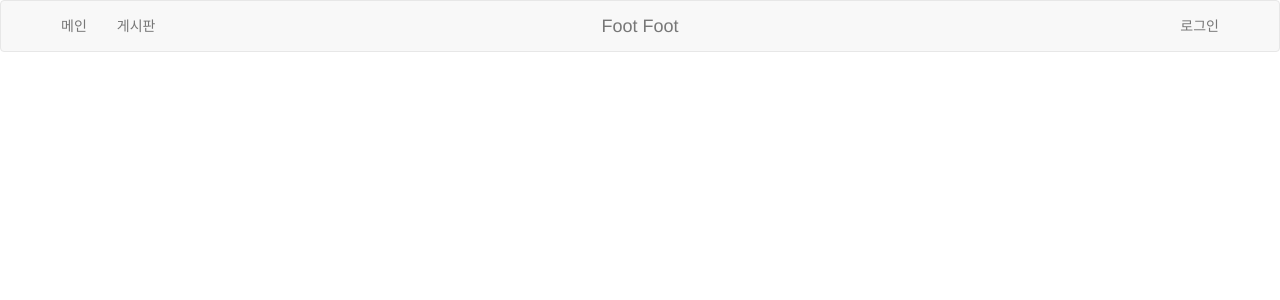
Repository: YuJunHa1/footfoot
Page: http://localhost/footfoot/main.jsp
The author's editor kept a copy of each file at every save. The page is drawn from the files as they stood at one save, then again after the next save.
The browser window is 1280 px wide. The pictures show the whole page.
Some web libraries are served in a nearby version. The page is served by Tomcat 9. Other server files are loaded and not shown.

Above is the page before, as saved 2024-10-05 07:28:07.

### footfoot/src/main/webapp/main.jsp
<%@ page language="java" contentType="text/html; charset=UTF-8"
    pageEncoding="UTF-8"%>
<!DOCTYPE html>
<html>
<head>
<meta charset="UTF-8">
<meta name="viewport" content="text/html; initial-scale=1">
<link rel="stylesheet" href="css/bootstrap.css">
<title>footfoot</title>
<style>
  .navbar-brand {
    position: absolute;
    left: 50%;
    transform: translateX(-50%);
  }
  .navbar-nav {
    margin-left: auto;
    margin-right: auto;
    margin-left: 30px;
    margin-right: 30px;
  }
</style>
</head>
<body>
	<nav class="navbar navbar-default">
		<div class="navbar-header">
			<button type="button" class="navbar-toggle collapsed"
				data-toggle="collapse" data-target="#bs-example-navbar-collapse-1"
				aria-expanded="false">
					<span class="icon-bar"></span>
					<span class="icon-bar"></span>
					<span class="icon-bar"></span>
				</button>
				<a class="navbar-brand" href="main.jsp">Foot Foot</a>
		</div>
		<div class="collapse navbar-collapse" id="bs-example-navbar-collapse-1">
			<ul class="nav navbar-nav">
				<li><a href="main.jsp">메인</a></li>
				<li><a href="bbs.jsp">게시판</a></li>
			</ul>
			<ul class="nav navbar-nav navbar-right">
				<li><a href="login.jsp">로그인</a></li>
			</ul>
		</div>
	</nav>
	<script src="https://code.jquery.com/jquery-3.1.1.min.js"></script>
	<script src="js/bootstrap.js"></script>
</body>
</html>

Loaded but not shown: footfoot/src/main/webapp/css/bootstrap.css (library); footfoot/src/main/webapp/js/bootstrap.js (library)

After the next save:
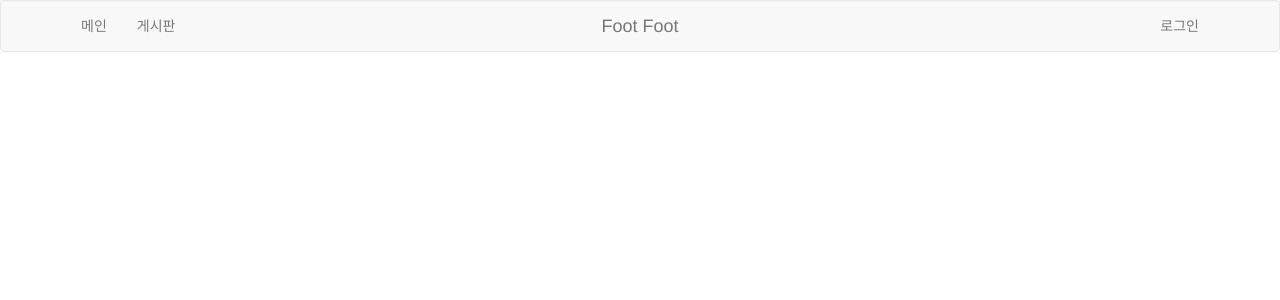
Saved 30 s later.
--- a/footfoot/src/main/webapp/main.jsp
+++ b/footfoot/src/main/webapp/main.jsp
@@ -16,8 +16,8 @@
   .navbar-nav {
     margin-left: auto;
     margin-right: auto;
-    margin-left: 30px;
-    margin-right: 30px;
+    margin-left: 50px;
+    margin-right: 50px;
   }
 </style>
 </head>
